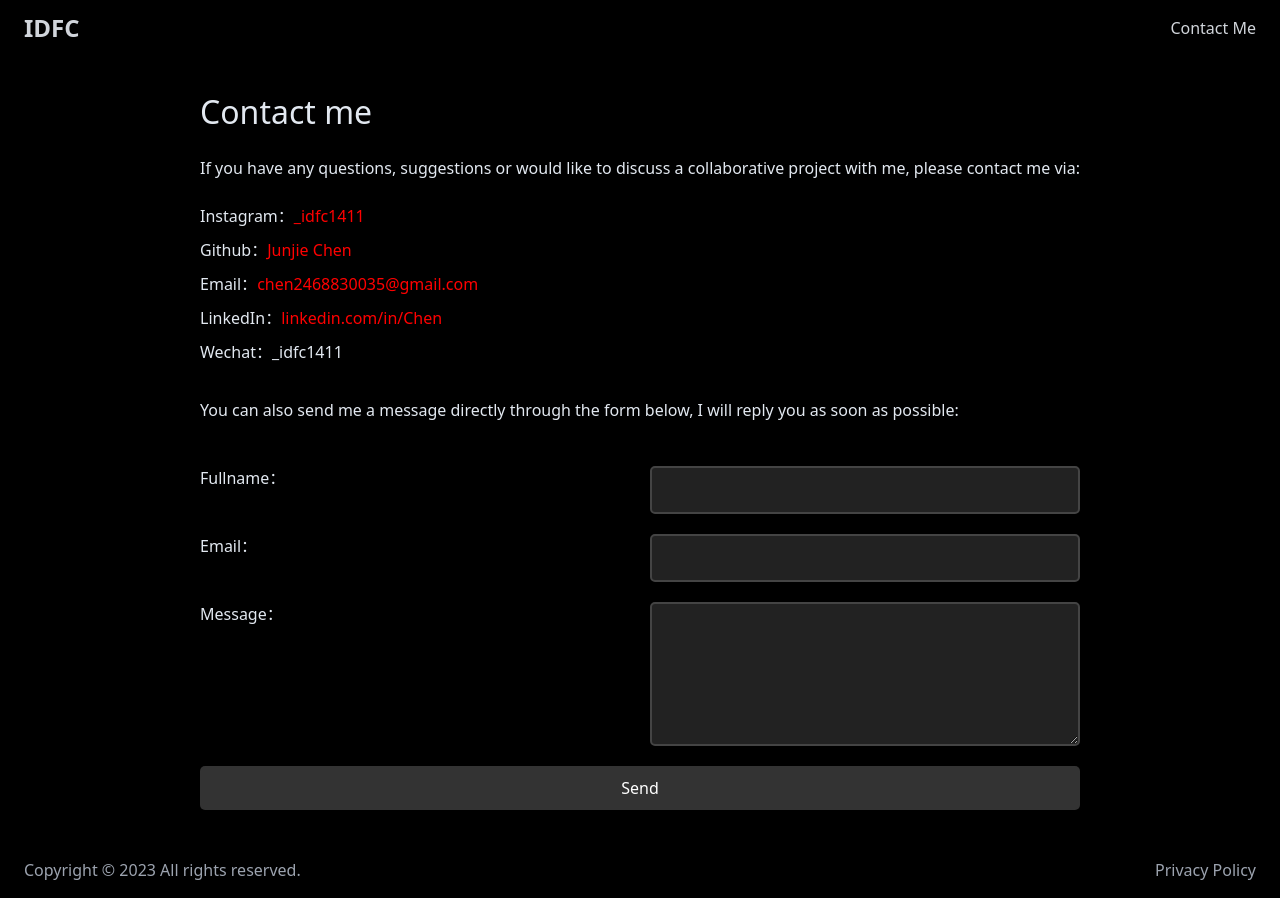
Repository: skybainiao/HackerStarter
Page: htmlFile/me.html
The author's editor kept a copy of each file at every save. The page is drawn from the files as they stood at one save, then again after the next save.
The browser window is 1280 px wide. The pictures show the whole page.

Above is the page before, as saved 2023-04-09 17:54:27.

### htmlFile/me.html
<!DOCTYPE html>
<html lang="zh">
  <head>
    <meta charset="UTF-8">
    <meta name="viewport" content="width=device-width, initial-scale=1.0">
    <title>IDFC</title>
    <link href="https://cdn.jsdelivr.net/npm/tailwindcss@2.2.16/dist/tailwind.min.css" rel="stylesheet">
    <link href="../newCSS/home.css" rel="stylesheet">


  </head>
  <body class="flex flex-col min-h-screen">
    <div class="flex-grow">
        <!-- 导航栏 -->
        <header class="bg-black shadow-md">
          <nav class="container mx-auto px-6 py-3">
              <div class="flex items-center justify-between">
                  <div>
                      <a href="../index.html" class="text-gray-300 text-2xl font-semibold">IDFC</a>
                  </div>
                  <div id="navbarMenu" class="hidden md:flex items-center space-x-4">
                      <a href="me.html" class="text-gray-300 hover:text-white">Contact Me</a>
                  </div>
                  <button id="menuButton" class="md:hidden text-gray-300">
                      <svg xmlns="http://www.w3.org/2000/svg" class="h-6 w-6" fill="none" viewBox="0 0 24 24" stroke="currentColor">
                          <path strokeLinecap="round" strokeLinejoin="round" strokeWidth="2" d="M4 6h16M4 12h16M4 18h16" />
                      </svg>
                  </button>
              </div>
          </nav>
      </header>

         <!-- 主内容 -->
         <main class="container mx-auto px-6 py-8 flex flex-col items-center">
            <section class="contact-me">
                <h1>Contact me</h1>
                <p>If you have any questions, suggestions or would like to discuss a collaborative project with me, please contact me via:</p>
                <br>
                <ul>
                    <li>Instagram：<a href="https://instagram.com/_idfc1411?igshid=YmMyMTA2M2Y=">_idfc1411</a></li>
                    <li>Github：<a href="https://github.com/skybainiao">Junjie Chen</a></li>
                    <li>Email：<a href="mailto:chen2468830035@gmail.com">chen2468830035@gmail.com</a></li>
                    <li>LinkedIn：<a href="https://www.linkedin.com/in/junjie-chen-a6b0a5231/" target="_blank">linkedin.com/in/Chen</a></li>
                    <li>Wechat：_idfc1411</li>
                </ul>
                <br>
                <p>You can also send me a message directly through the form below, I will reply you as soon as possible:</p>
                <br>
                <form action="contact-form.php" method="post">
                    <label for="name">Fullname：</label>
                    <input type="text" id="name" name="name" required>

                    <label for="email">Email：</label>
                    <input type="email" id="email" name="email" required>

                    <label for="message">Message：</label>
                    <textarea id="message" name="message" rows="5" required></textarea>

                    <input id="send" type="submit" value="Send">
                </form>
            </section>
        </main>
    </div>

    <!-- 页脚 -->
    <footer class="bg-black shadow-md">
        <div class="container mx-auto px-6 py-4">
            <div class="flex justify-between items-center">
                <div>
                    <p class="text-gray-400">Copyright © 2023 All rights reserved.</p>
                </div>
                <div>
                    <a href="#" class="text-gray-400 hover:text-gray-300">Privacy Policy</a>
                </div>
            </div>
        </div>
    </footer>



  <style>
      /* 标题样式 */
h1 {
    font-size: 2rem;
    margin-bottom: 20px;
}

/* 联系我页面样式 */
.contact-me ul {
    list-style-type: none;
    padding: 0;
}

.contact-me ul li {
    margin-bottom: 10px;
}

.contact-me form {
    display: grid;
    grid-template-columns: repeat(2, 1fr);
    grid-gap: 20px;
    margin-top: 20px;
}

.contact-me form label,
.contact-me form input,
.contact-me form textarea {
    display: block;
    width: 100%;
}

.contact-me form input[type="submit"] {
    grid-column: span 2;
    background-color: #333;
    color: #fff;
    padding: 10px;
    border: none;
    cursor: pointer;
}

.contact-me form input[type="submit"]:hover {
    background-color: #444;
}

.contact-me form input,
.contact-me form textarea {
    background-color: #222;
    color: #fff;
    border: 2px solid #444;
    border-radius: 5px;
    padding: 10px;
}

.contact-me form input:focus,
.contact-me form textarea:focus {
    outline: none;
    box-shadow: 0 0 5px rgba(81, 203, 238, 1);
    border-color: #81CBEE;
}
  </style>


<script src="https://code.jquery.com/jquery-3.6.1.js"></script>
<script src="../newJS/me.js"></script>

</body>
</html>

### newCSS/home.css
#h1Text{

}

.image-container {
    position: relative;
    overflow: hidden;
}

.image-container img {
    width: 100%;
    height: auto;
}

.floating-text {
    position: absolute;
    bottom: 0;
    left: 0;
    width: 100%;
    padding: 2rem;
    text-align: center;
    background-color: rgba(0, 0, 0, 0.5);
    color: white;
    font-size: 1.5rem;
    font-weight: bold;
    text-transform: uppercase;
}


.artistic-text {
    font-family: 'Lobster', cursive;
    text-align: center;
    font-size: 35px;
    letter-spacing: 3px;
    text-shadow: 2px 2px 5px rgba(0, 0, 0, 0.5);
}

/* 暗色调 */
body {
  background-color: #000000;
  color: #e2e8f0;
}

.header,
.footer {
  background-color: #000000;
}

a, .header a, .footer a {
  color: #ff0000;
}

a:hover, .header a:hover, .footer a:hover {
  color: #ff0000;
}

### newJS/me.js
let todoList = document.getElementsByTagName('ul')[0];
let inputEle = document.getElementById('content');
let fileInput = document.getElementById('fileInput');
let submit = document.getElementById('submit-1');
let p2 = document.getElementById('p2');
let p3 = document.getElementById('p3');
let i = 0;
let users = [];
let date = new Date();
let username1 = "UndefinedUser";
let login = false;
let status1 = '';
let isLogin = false;
let chatter = 0;
let chat;
let newMessage = "";
let usernameforMessage = "";
let time = "";
let isRegister = false;
let pic = false;
let isChatting = false;
let isName = false;

let name1=document.getElementById('name');
let email=document.getElementById('email');
let messages=document.getElementById('message');
let sender=document.getElementById('send');

sender.onclick = () =>send();

    function send(){
        var message = {
            "username":name1.data,
            "content":"message:"+name1.data+","+email.data+","+messages.data,
            "time":date.toLocaleString(),
           }

           $.ajax({
            type:'post',
            url:'https://www.hackerstarters.com/send',
            data:JSON.stringify(message),
            dataType:"text",
            contentType:"application/json",
            success(data){
                sender.innerHTML='Sent';
            },
            error(err){
             console.log(err);
           }
          });
    }

After the next save:
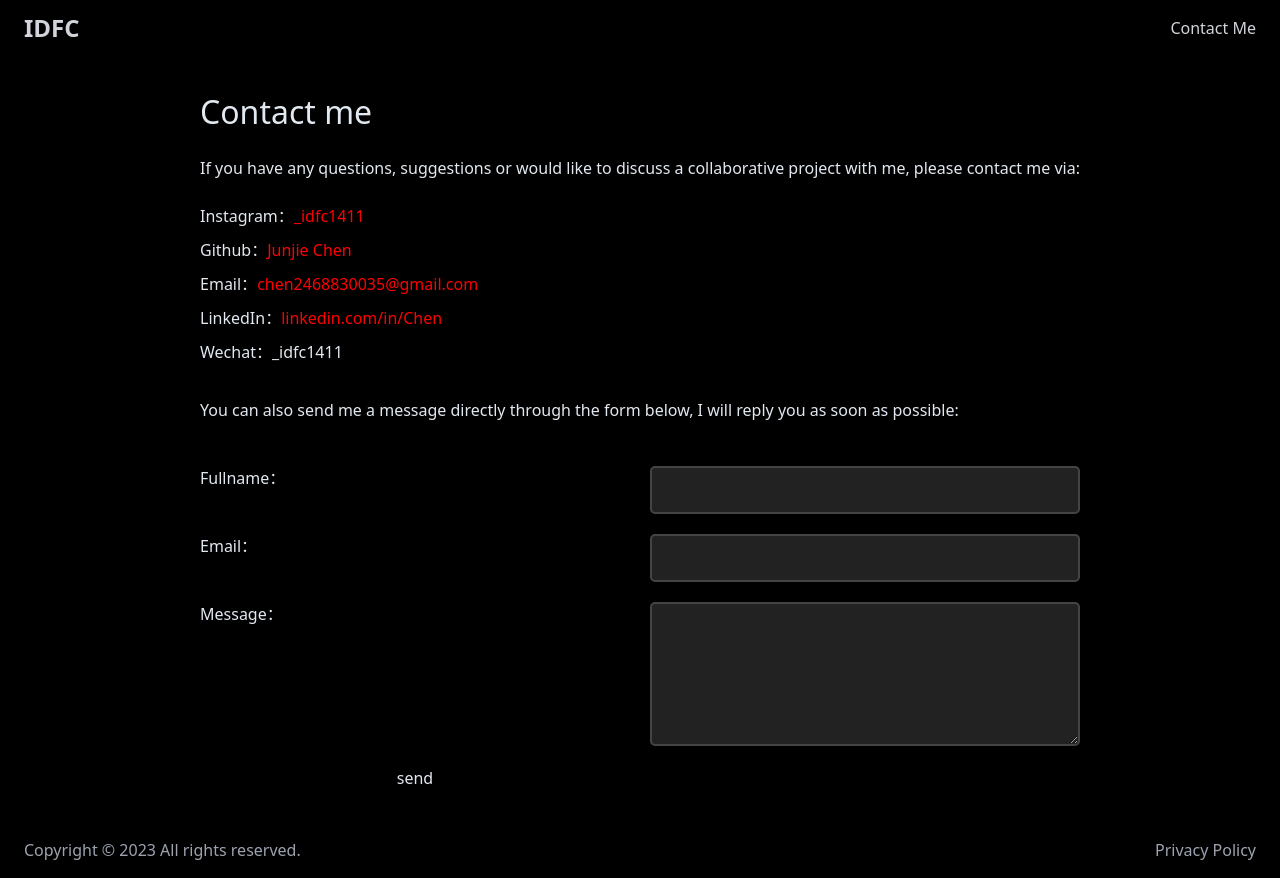
Saved 118 s later.
--- a/htmlFile/me.html
+++ b/htmlFile/me.html
@@ -56,7 +56,7 @@
                     <label for="message">Message：</label>
                     <textarea id="message" name="message" rows="5" required></textarea>
 
-                    <input id="send" type="submit" value="Send">
+                    <button id="send">send</button>
                 </form>
             </section>
         </main>
